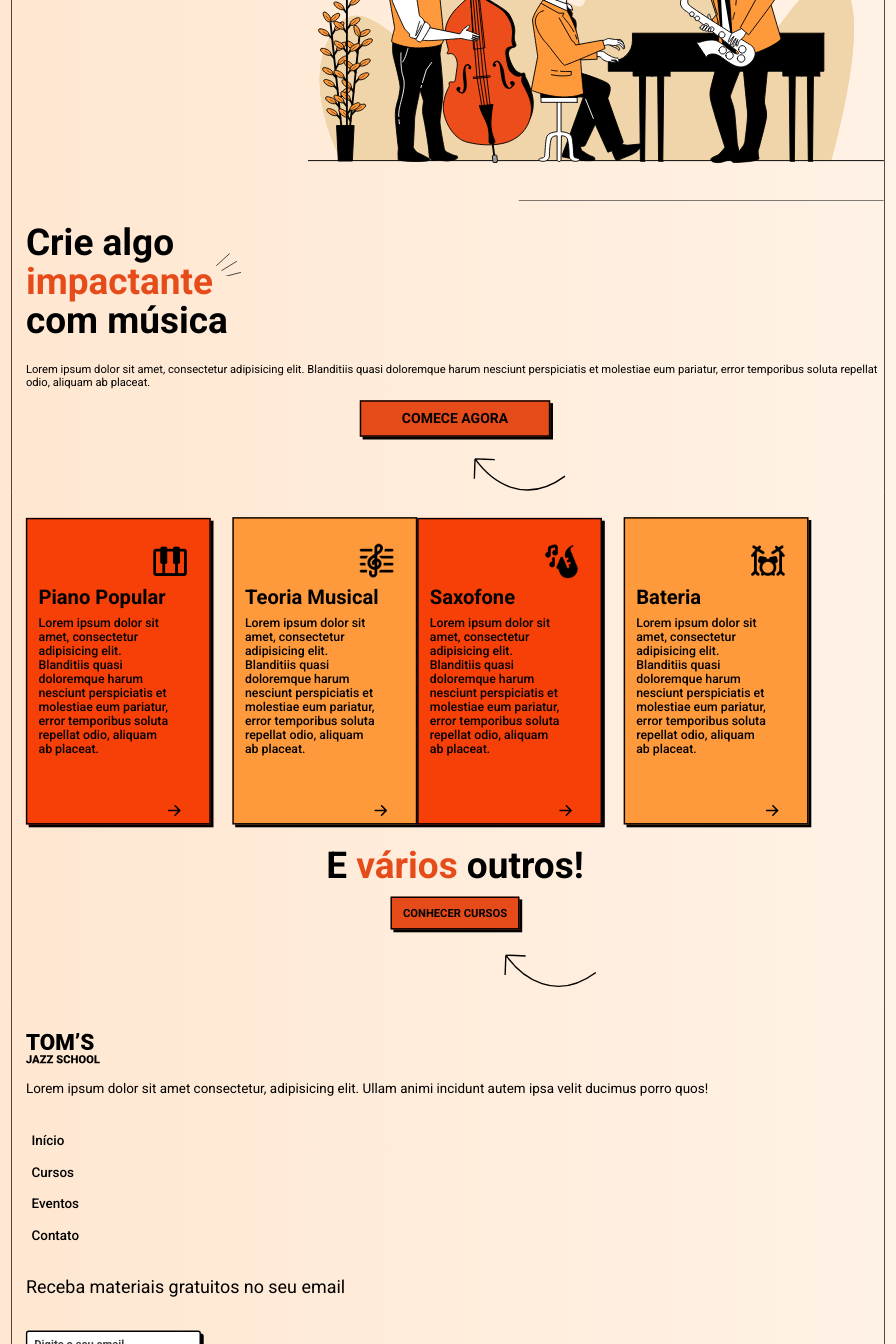
Repository: guilhermecardoso93/obebitecode
Page: index.html
The author's editor kept a copy of each file at every save. The page is drawn from the files as they stood at one save, then again after the next save.
The browser window is 1280 px wide. The pictures show the part of the page from y = 537 to 2457 px (the page is 2579 px tall), at 70% of full size.

Above is the page before, as saved 2023-08-16 21:06:28.

After the next save:
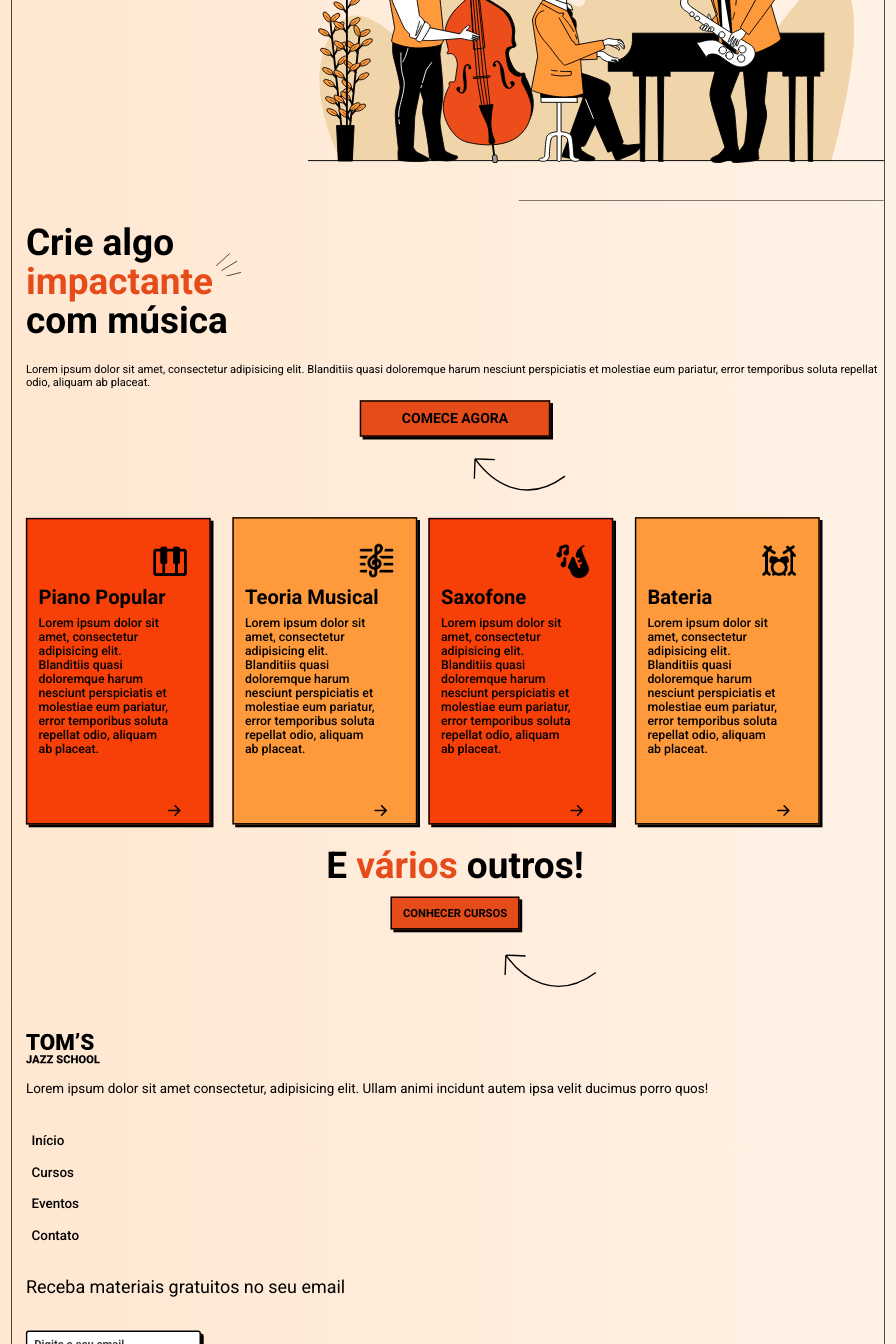
Saved 7 s later.
--- a/css/responsivo.css
+++ b/css/responsivo.css
@@ -12,6 +12,7 @@
 
   .card:nth-child(2n) {
     margin-top: 0.935rem;
+    margin-right: 1rem;
   }
 
   .card:nth-child(2n-1) {
